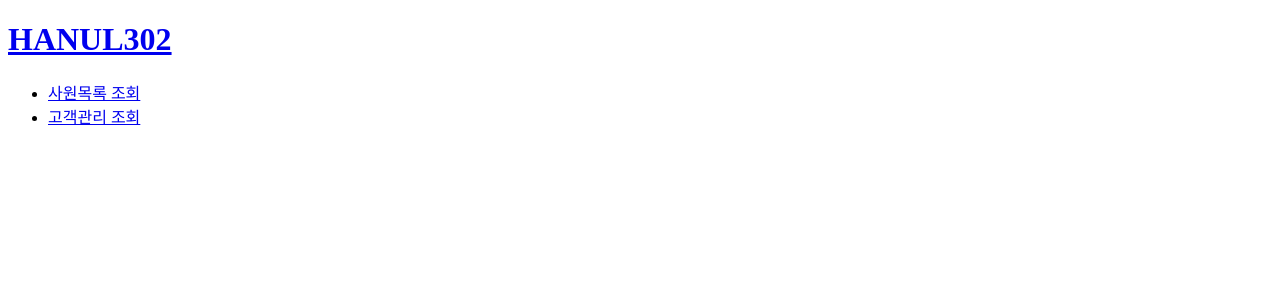
Repository: Xeyeong/servlet
Page: JspTest/src/main/webapp/index.html
These files come from the project's save history. The page is drawn as it stood at one moment and after the next save; the edit follows.
The browser window is 1280 px wide. The pictures show the whole page.

Above is the page before, as saved 2022-09-13 06:20:13.

After the next save:
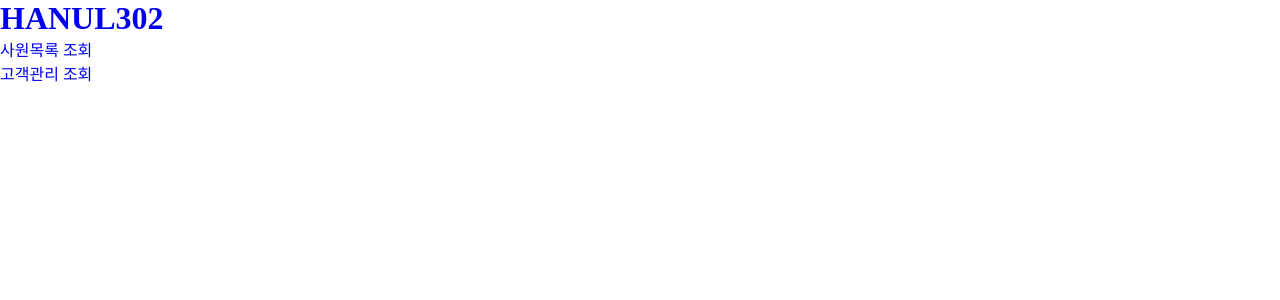
Saved 40 s later.
--- a/JspTest/src/main/webapp/index.html
+++ b/JspTest/src/main/webapp/index.html
@@ -2,7 +2,7 @@
 <html>
 <head>
 <meta charset="UTF-8">
-<link rel="stylesheet" type="css/style.css" href="">
+<link rel="stylesheet" type="" href="css/style.css">
 <title>Insert title here</title>
 </head>
 <body>

After the 3 saves that followed:
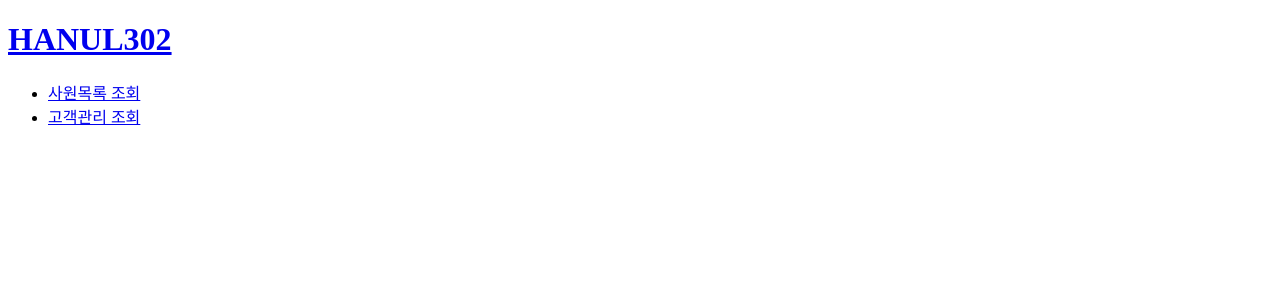
The 3 saves are shown as one change because 2 left the picture as it was.
The last was saved 4 min 32 s later.
--- a/JspTest/src/main/webapp/index.html
+++ b/JspTest/src/main/webapp/index.html
@@ -2,8 +2,8 @@
 <html>
 <head>
 <meta charset="UTF-8">
-<link rel="stylesheet" type="" href="css/style.css">
 <title>Insert title here</title>
+
 </head>
 <body>
 	<header>
